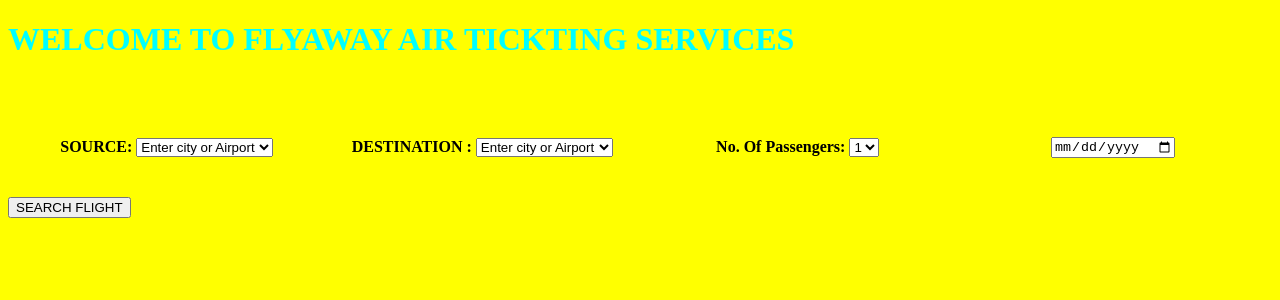
Repository: jha6435/backendcode
Page: demo1forDelete/src/main/webapp/home.html
These files come from the project's save history. The page is drawn as it stood at one moment and after the next save; the edit follows.
The browser window is 1280 px wide. The pictures show the whole page.

Above is the page before, as saved 2022-12-20 07:33:32.

### demo1forDelete/src/main/webapp/home.html
<!DOCTYPE html>
<html>
<head>
<meta charset="ISO-8859-1">
<title>Phase 2 project (FlyAway)</title>
</head>
<body style="background-color: yellow;">
<form action="http://localhost:8080/PROJECTDEMO1/ControllerServlet" method="post">
<h1 style="color: aqua;"> WELCOME TO FLYAWAY AIR TICKTING SERVICES</h1>
 <marquee> <p style="color: blue;">FlyAway is a leading airline company in the world since 2000</p></marquee>
 <div>
  <table>
    <tr>

      <th style="width: 20%;"> SOURCE:
    <select>
        <option>Enter city or Airport</option>
        <option>New delhi</option>
        <option>Mumbai</option>
        <option>patna</option>
        <option>kolkata</option>
        <option>chennai</option>
        <option>chandigarh</option>
        <option>hydrabad</option>
        <option>Ahmedabad</option>
        <option>pune</option>
        <option>Nagpur</option>
       <option>Kochi</option>
        <option>Banglore</option>
        <option>Muzaffarpur</option>
        <option>Gorakhpur</option>
        <option>Kanpur</option>
        <option>Lucknow</option>
        <option>Jaipur</option>
        <option>Jammu</option>
        <option>shimla</option>
        <option>Guwahati</option>
        <option>Puri</option>
        </select></th>

      <th style="width: 20%;"> DESTINATION :
    <select>
        <option>Enter city or Airport</option>
        <option>New delhi</option>
        <option>Mumbai</option>
        <option>patna</option>
        <option>kolkata</option>
        <option>chennai</option>
        <option>chandigarh</option>
        <option>hydrabad</option>
        <option>Ahmedabad</option>
        <option>pune</option>
        <option>Nagpur</option>
       <option>Kochi</option>
        <option>Banglore</option>
        <option>Muzaffarpur</option>
        <option>Gorakhpur</option>
        <option>Kanpur</option>
        <option>Lucknow</option>
        <option>Jaipur</option>
        <option>Jammu</option>
        <option>shimla</option>
        <option>Guwahati</option>
        <option>Puri</option> </select></th>

      <th style="width: 20%;">No. Of Passengers:
      <select>
      <option>1</option>
      <option>2</option>
      <option>3</option>
      <option>4</option>
      <option>5</option>
      <option>6</option>
      </select></th>
      <th style="width: 20%;"><input type="date"></th>

  </table>
</div>

 <br>
 <br>
</form>
 <button a href=""> SEARCH FLIGHT </a></button>
</body>
</html>

After the next save:
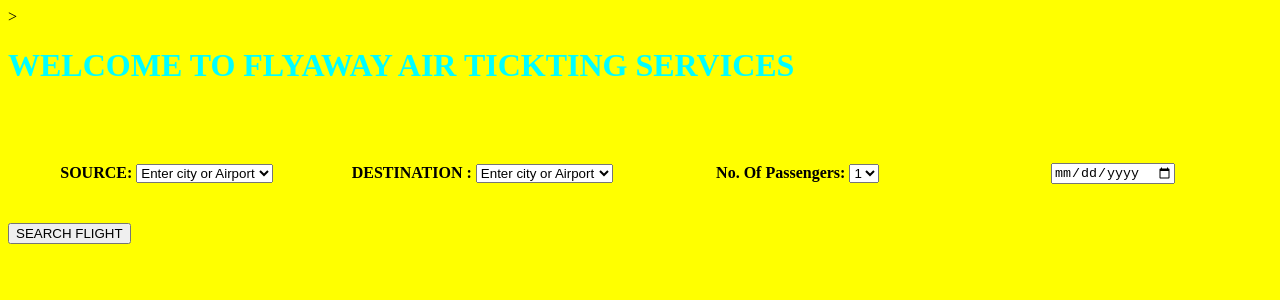
Saved 101 s later.
--- a/demo1forDelete/src/main/webapp/home.html
+++ b/demo1forDelete/src/main/webapp/home.html
@@ -4,8 +4,8 @@
 <meta charset="ISO-8859-1">
 <title>Phase 2 project (FlyAway)</title>
 </head>
-<body style="background-color: yellow;">
-<form action="http://localhost:8080/PROJECTDEMO1/ControllerServlet" method="post">
+<body style="background-color: yellow;" <form action="http://localhost:8080/PROJECTDEMO1/ControllerServlet" method="post">>
+
 <h1 style="color: aqua;"> WELCOME TO FLYAWAY AIR TICKTING SERVICES</h1>
  <marquee> <p style="color: blue;">FlyAway is a leading airline company in the world since 2000</p></marquee>
  <div>

After the save that followed:
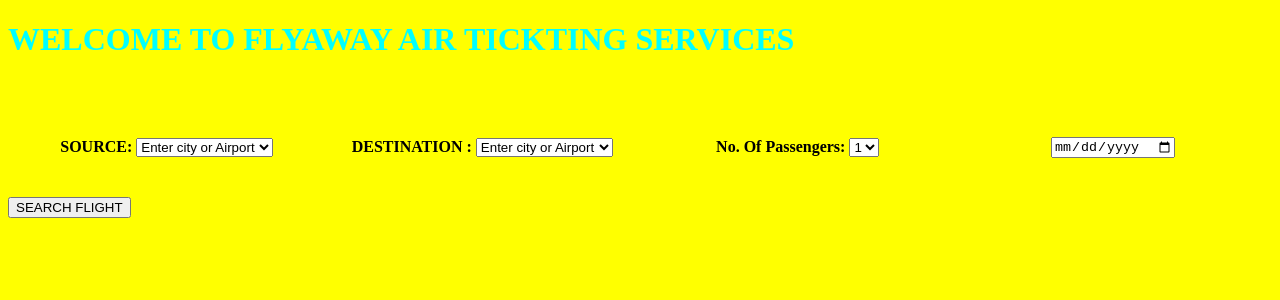
Saved 3 min 40 s later.
--- a/demo1forDelete/src/main/webapp/home.html
+++ b/demo1forDelete/src/main/webapp/home.html
@@ -4,7 +4,8 @@
 <meta charset="ISO-8859-1">
 <title>Phase 2 project (FlyAway)</title>
 </head>
-<body style="background-color: yellow;" <form action="http://localhost:8080/PROJECTDEMO1/ControllerServlet" method="post">>
+<body style="background-color: yellow;">
+ <form action="http://localhost:8080/demo1forDelete/ControllerServlet" method="post">
 
 <h1 style="color: aqua;"> WELCOME TO FLYAWAY AIR TICKTING SERVICES</h1>
  <marquee> <p style="color: blue;">FlyAway is a leading airline company in the world since 2000</p></marquee>
